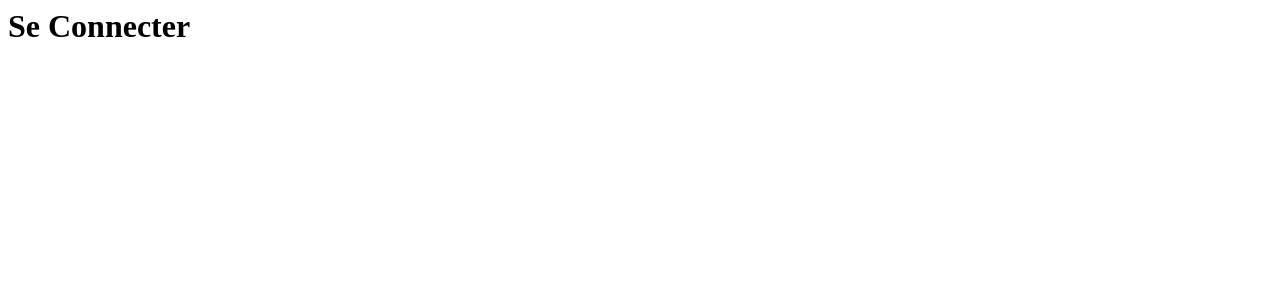
Repository: Alex-Serky/Travaux-Pratiques-PHP
Page: http://localhost/views/auth/login.php
An editor plug-in stored every save of this project. The page is shown before and after the next save, followed by the edit.
The browser window is 1280 px wide. The pictures show the whole page.
The page is run by PHP 8.4 with error messages shown; the project is at /var/www/html/.

Above is the page before, as saved 2020-09-20 22:28:23.

### views/auth/login.php
<h1>Se Connecter</h1>

<form action="" method="post">

</form>

After the next save:
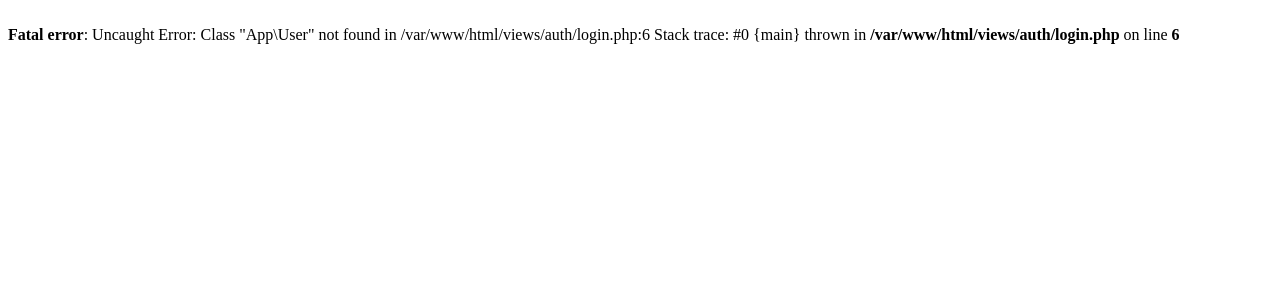
Saved 3 min 0 s later.
--- a/views/auth/login.php
+++ b/views/auth/login.php
@@ -1,3 +1,14 @@
+<?php
+
+use App\HTML\Form;
+use App\User;
+
+$user = new User();
+$form = new Form($user, []);
+
+?>
+
+
 <h1>Se Connecter</h1>
 
 <form action="" method="post">
